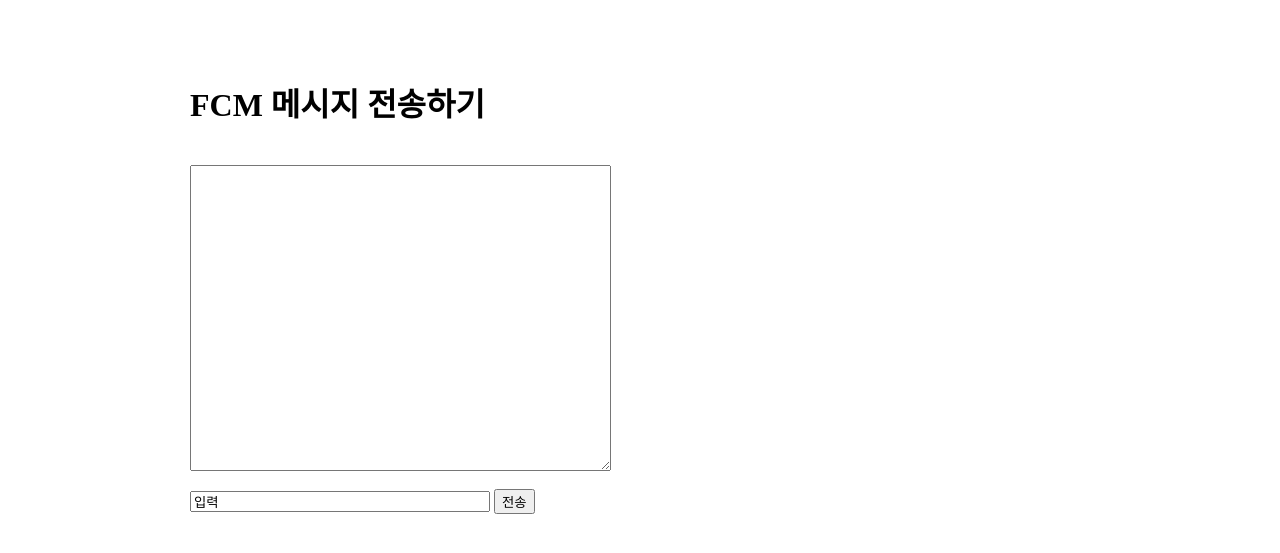
Repository: sonminho/aos
Page: http://localhost/Capston/fcm_test.jsp
An editor plug-in stored every save of this project. The page is shown before and after the next save, followed by the edit.
The browser window is 1280 px wide. The pictures show the whole page.
The page is served by Tomcat 9.

Above is the page before, as saved 2017-11-19 04:05:07.

After the next save:
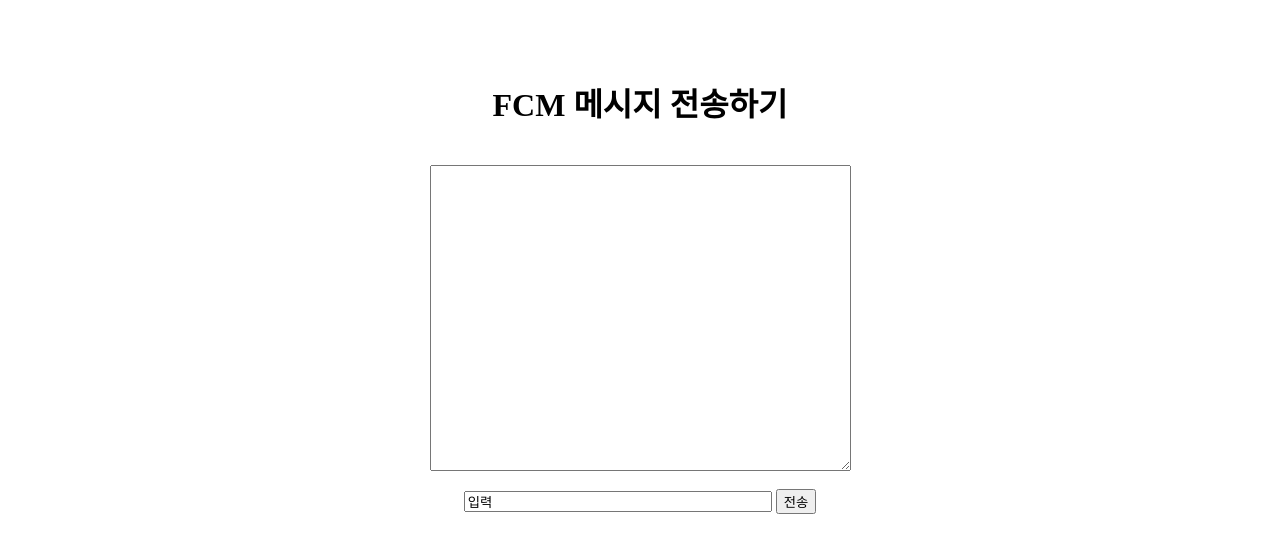
Saved 21 s later.
--- a/Capston_server/Capston/WebContent/fcm_test.jsp
+++ b/Capston_server/Capston/WebContent/fcm_test.jsp
@@ -1,15 +1,11 @@
 <%@ page language="java" contentType="text/html; charset=EUC-KR"
     pageEncoding="EUC-KR"%>
-<!DOCTYPE>
+<!DOCTYPE html PUBLIC "-//W3C//DTD HTML 4.01 Transitional//EN" "http://www.w3.org/TR/html4/loose.dtd">
 <html>
 <head>
 <meta http-equiv="Content-Type" content="text/html; charset=EUC-KR">
 <title>Insert title here</title>
 <style>
-.wrapper{
-	width:1000px;
-	margin:0px auto;
-}
 #transfer{
 	width:800px;
 	padding:50px;
@@ -17,6 +13,7 @@
 </style>
 </head>
 <body>
+<center>
 <div class="wrapper">
 	<div id="transfer">
 	<h1>FCM 메시지 전송하기</h1> <br>
@@ -29,5 +26,6 @@
 	</form>
 	</div>
 </div>
+</center>
 </body>
 </html>
